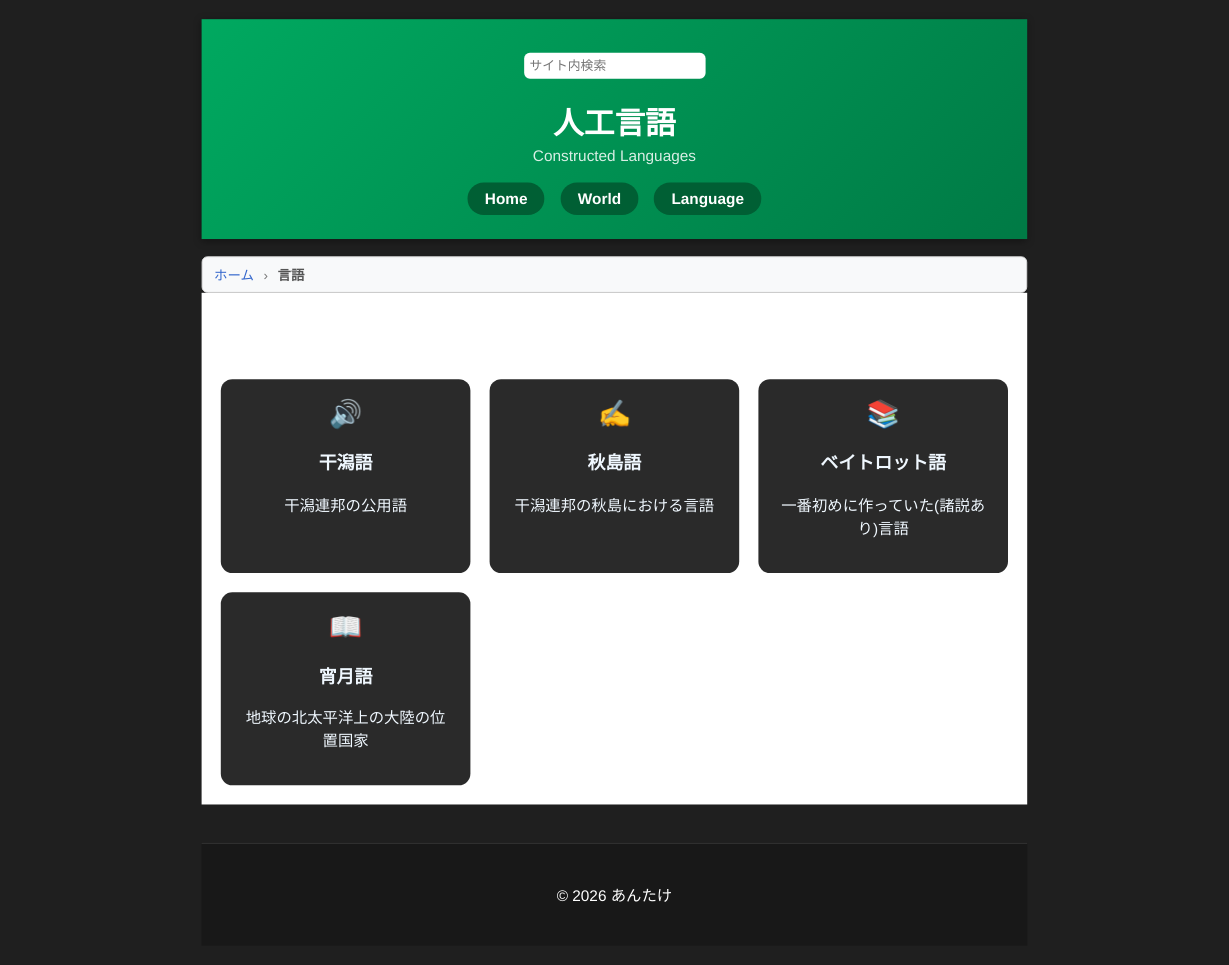
Repository: Player5270-antake/Player5270-antake.github.io
Page: language/index.html
An editor plug-in stored every save of this project. The page is shown before and after the next save, followed by the edit.
The browser window is 1280 px wide. The pictures show the whole page, at 96% of full size.

Above is the page before, as saved 2026-03-09 09:04:55.

After the next save:
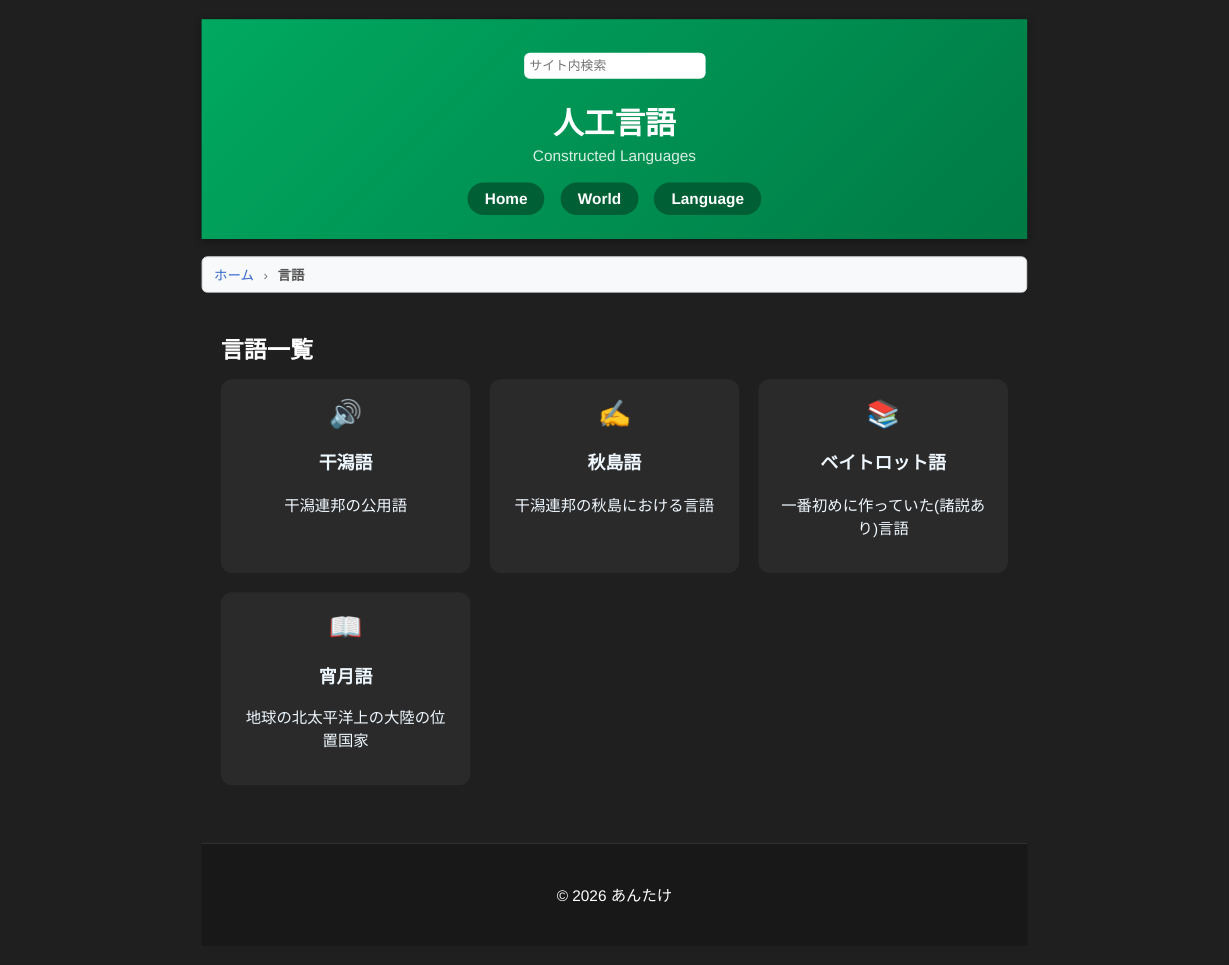
Saved 2 min 23 s later.
--- a/css/layout.css
+++ b/css/layout.css
@@ -3,7 +3,7 @@ main{
     max-width:900px;
     margin:auto;
     padding:20px;
-    background:white;
+        background:#1f1f1f;
 }
 
 /* フッター */
